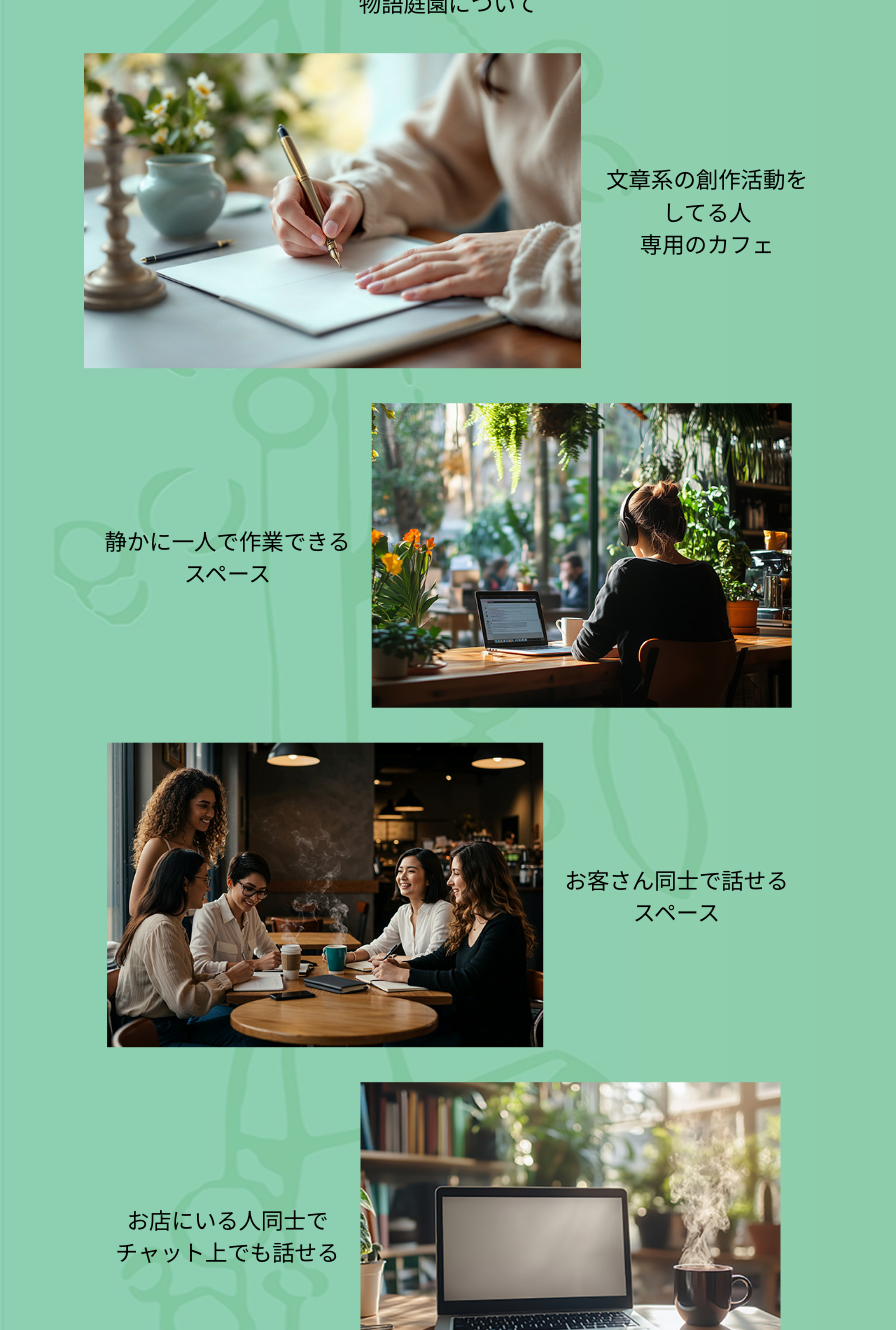
Repository: saka-kou/GardenStory
Page: index.html
An editor plug-in stored every save of this project. The page is shown before and after the next save, followed by the edit.
The browser window is 1280 px wide. The pictures show the part of the page from y = 1020 to 2920 px (the page is 5542 px tall before and 5269 px after), at 70% of full size.
A picture or video elsewhere on the page could not be fetched, so the positions and the page height are approximate. Some web fonts or font styles are not loaded; a fallback is used.

Above is the page before, as saved 2025-07-24 15:40:39.

### index.html
<!DOCTYPE html>
<html lang="en">
<head>
    <meta charset="UTF-8">
    <meta name="viewport" content="width=device-width, initial-scale=1.0">
    <link rel="preconnect" href="https://fonts.googleapis.com">
    <link rel="preconnect" href="https://fonts.gstatic.com" crossorigin>
    <link href="https://fonts.googleapis.com/css2?family=Kaisei+Opti&display=swap" rel="stylesheet">

    <title>物語庭園</title>
    <link rel="stylesheet" href="css/index.css">
</head>
<body>
    <header>
        <h1><img src="images/logo.svg" alt="物語庭園ロゴ"></h1>
        <ul id="gnavi" class="consept-text">
            <li>物語庭園について</li>
            <li>メニュー</li>
            <li>利用料金</li>
            <li>アクセス</li>
            <li>トピックス</li>
        </ul>
    </header>
    <h1><img src="images/cafe.svg" alt="カフェ店内" class="mainvisual"></h1>
    <main>
        <div class="aboutWrap">
            <h2 class="consept-text">物語庭園について</h2>
            <div class="write">
                <div class="cafe-ex">
                    <img src="images/write.jpeg" alt="文創" class="leftimg">
                    <p class="consept-text">文章系の創作活動をしてる人<br>
                        専用のカフェ
                    </p>
                </div>
            </div>
            <div class="work">
                <div class="cafe-ex">
                    <p class="consept-text">静かに一人で作業できる<br>
                        スペース
                    </p>
                    <img src="images/work.jpeg" alt="作業" class="rightimag">
                </div>
            </div>
            <div class="talk">
                    <div class="cafe-ex">
                    <img src="images/talk.jpeg" alt="話せる" class="leftimg">
                    <p class="consept-text">お客さん同士で話せる<br>
                        スペース
                    </p>
                </div>
            </div>
            <div class="Website">
                    <div class="cafe-ex">
                    <p class="consept-text">お店にいる人同士で<br>
                        チャット上でも話せる
                    </p>
                    <img src="images/Website.jpeg" alt="Webサイト" class="rightimg">
                </div>
            </div>
        </div>
            <p class="consept-text"><a href="#">詳しくはこちら</a></p>
            <h2>メニュー</h2>
            <div itemWrap>
                <div class="topWapper">
                <div class="topitem">
                    <div class="menuname">
                        <img src="images/bluemountain.png" alt="ブルーマウンテン">
                        <p class="price">ブルーマウンテン</p>
                        <p>すっきりした飲み口<br>
                        リラックスしたい時におすすめ</p>
                        <p class="price">950円(税込)</p>
                    </div>
                </div>
                <div class="topitem">
                    <img src="images/herbtea.png" alt="ハーブティー">
                    <div class="menuname">
                        <p class="price">ハーブティー</p>
                        <p>やさしい酸味と甘みが特徴<br>
                        気持ちを落ち着けたい時にどうぞ</p>
                        <p class="price">650円(税込)</p>
                    </div>
                </div>
                    </div>
                <div class="middleWapper">
                    <div class="middleitem">
                        <div class="menuname">
                            <img src="images/manderin.png" alt="マンデリンコーヒー">
                            <p class="price">マンデリンコーヒー</p>
                            <p>深いコクとほのかな苦味<br>
                            集中したい作業時に最適です</p>
                            <p class="price">650円(税込)</p>
                        </div>
                    </div>
                        <div class="middleitem">
                            <img src="images/orangejuice.png" alt="オレンジジュース">
                            <div class="menuname">
                                <p class="price">オレンジジュース</p>
                                <p>実は集中できる効果のある飲み物<br>
                                軽やかな酸味で気持ちを切り替えて集中したい時に</p>
                                <p class="price">500円(税込)</p>
                            </div>
                        </div>
                </div>
                <div class="bottomitem">
                    <img src="images/sandwhich.png" alt="サンドウィッチ">
                    <div class="menuname">
                        <p class="price">サンドウィッチ</p>
                        <p>ふんわり食感とやさしい味<br>
                        小腹満たしにちょうどいい一品</p>
                        <p class="price">750円(税込)</p>
                    </div>
                </div>
                <div class="bottomitem">
                    <img src="images/suko-nn.png" alt="スコーン">
                    <div class="menuname">
                        <p class="price">スコーン</p>
                        <p>ほんのり甘くて食べごたえあり<br>
                        小腹が空いた時におすすめです</p>
                        <p class="price">750円(税込)</p>
                    </div>
                </div>
            </div>
    </main>
</body>
</html>

### css/index.css
*{
    margin: 0;
    padding: 0;
}
body{
    background-image: url("../images/壁紙例2.webp");
    background-size: cover;
    background-repeat: repeat;
        font-family: "Kaisei Opti", serif;
    font-weight: 400;
    font-style: normal;
}
header{
    display: flex;
    align-items: center;
    justify-content: space-between;
    background-color: #D9EDDF;
    gap: 210px;
}
.mainvisual{
    width: auto;
    height: 900px;
    text-align: center;
    object-fit: fill;
}
/* .mainvisual img{
    display: block;
    width: 100vw;
    height: 100vh;
} */
main{
    /* padding: 0 auto; */
        margin: 0 120px;
}
#gnavi{
    display: flex;
    list-style-type: none;
    width: 100%;
}

.aboutWrap{
    display: flex;
    flex-direction: column;
    align-items: center;
    gap: 50px;
}
.consept-text{
    font-family: "Kaisei Opti", serif;
    font-weight: 400;
    font-style: normal;
    font-size: 32px;
    text-align: center;
}
.consept-text a{
    display: flex;
    justify-content: right;
}
.cafe-ex{
    /* width: 1320px; */
    display: flex;
    align-items: center;
    gap: 30px;
}
.work{
    gap: 75px;
    display: flex;
}
.write{
    gap: 27px;
    display: flex;
}
.talk{
    gap: 85px;
    display: flex;
}
.Website{
    gap: 75px;
    display: flex;
}
.leftimg{
    display: flex;
    gap: 75px;
}
.rightimg{
    display: flex;

}
.itemWrap{
    display: flex;
    flex-direction: column;
}
.menuname{
    display: flex;
    flex-direction: column;
}
.item{
    font-size: 32px;
}
.price{
    font-size: 32px;
}
.topitem{
    display: flex;
}
.middleitem{
    display: flex;
}
.middleWapper{
    display: flex;
}
.bottomitem{
    display: flex;
}

After the next save:
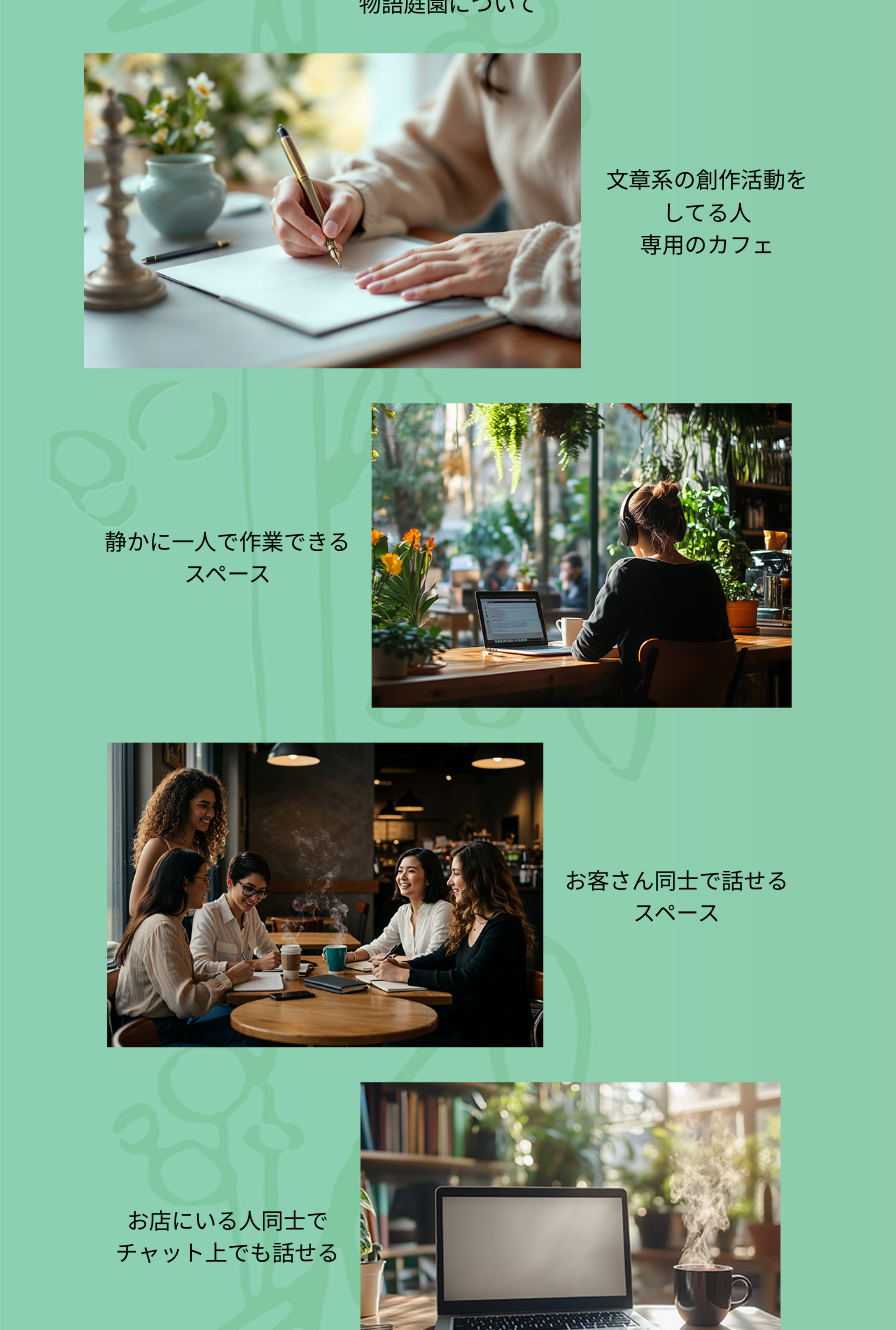
Saved 2 min 45 s later.
--- a/index.html
+++ b/index.html
@@ -62,25 +62,25 @@
             <h2>メニュー</h2>
             <div itemWrap>
                 <div class="topWapper">
-                <div class="topitem">
-                    <div class="menuname">
-                        <img src="images/bluemountain.png" alt="ブルーマウンテン">
-                        <p class="price">ブルーマウンテン</p>
-                        <p>すっきりした飲み口<br>
-                        リラックスしたい時におすすめ</p>
-                        <p class="price">950円(税込)</p>
+                    <div class="topitem">
+                        <div class="menuname">
+                            <img src="images/bluemountain.png" alt="ブルーマウンテン">
+                            <p class="price">ブルーマウンテン</p>
+                            <p>すっきりした飲み口<br>
+                            リラックスしたい時におすすめ</p>
+                            <p class="price">950円(税込)</p>
+                        </div>
+                    </div>
+                    <div class="topitem">
+                        <img src="images/herbtea.png" alt="ハーブティー">
+                        <div class="menuname">
+                            <p class="price">ハーブティー</p>
+                            <p>やさしい酸味と甘みが特徴<br>
+                            気持ちを落ち着けたい時にどうぞ</p>
+                            <p class="price">650円(税込)</p>
+                        </div>
                     </div>
                 </div>
-                <div class="topitem">
-                    <img src="images/herbtea.png" alt="ハーブティー">
-                    <div class="menuname">
-                        <p class="price">ハーブティー</p>
-                        <p>やさしい酸味と甘みが特徴<br>
-                        気持ちを落ち着けたい時にどうぞ</p>
-                        <p class="price">650円(税込)</p>
-                    </div>
-                </div>
-                    </div>
                 <div class="middleWapper">
                     <div class="middleitem">
                         <div class="menuname">
@@ -101,25 +101,28 @@
                             </div>
                         </div>
                 </div>
-                <div class="bottomitem">
-                    <img src="images/sandwhich.png" alt="サンドウィッチ">
-                    <div class="menuname">
-                        <p class="price">サンドウィッチ</p>
-                        <p>ふんわり食感とやさしい味<br>
-                        小腹満たしにちょうどいい一品</p>
-                        <p class="price">750円(税込)</p>
+                <div class="middleWapper">
+                    <div class="bottomitem">
+                        <img src="images/sandwhich.png" alt="サンドウィッチ">
+                        <div class="menuname">
+                            <p class="price">サンドウィッチ</p>
+                            <p>ふんわり食感とやさしい味<br>
+                                小腹満たしにちょうどいい一品</p>
+                                <p class="price">750円(税込)</p>
+                        </div>
                     </div>
-                </div>
-                <div class="bottomitem">
-                    <img src="images/suko-nn.png" alt="スコーン">
-                    <div class="menuname">
-                        <p class="price">スコーン</p>
-                        <p>ほんのり甘くて食べごたえあり<br>
-                        小腹が空いた時におすすめです</p>
-                        <p class="price">750円(税込)</p>
+                        <div class="bottomitem">
+                            <img src="images/suko-nn.png" alt="スコーン">
+                            <div class="menuname">
+                                <p class="price">スコーン</p>
+                                <p>ほんのり甘くて食べごたえあり<br>
+                                小腹が空いた時におすすめです</p>
+                                <p class="price">750円(税込)</p>
+                            </div>
+                        </div>
                     </div>
                 </div>
             </div>
-    </main>
+    </main
 </body>
 </html>
